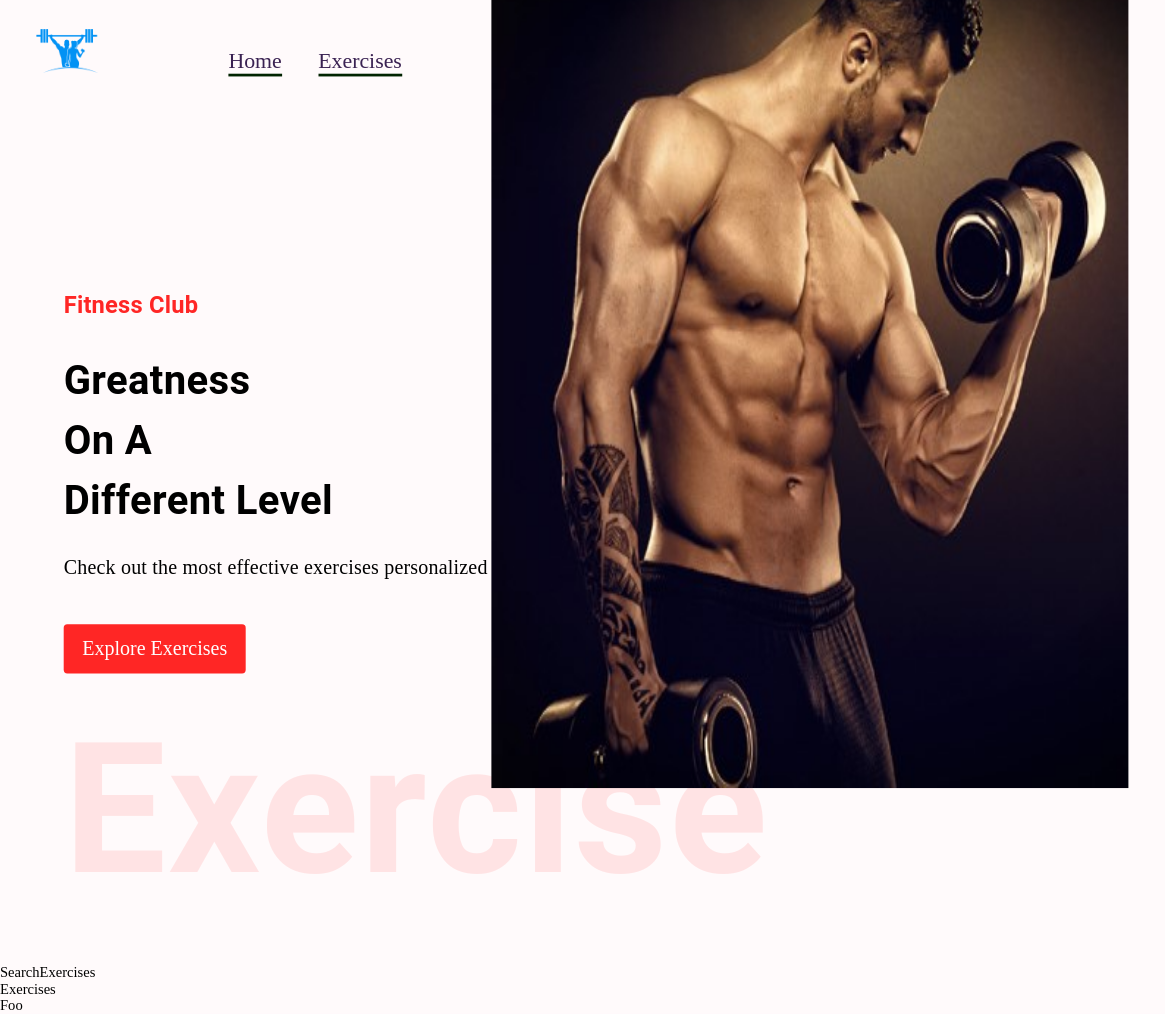
Repository: MhlengiNgubane/Workout-App
Page: /
These files come from the project's save history. The page is drawn as it stood at one moment and after a run of saves; the edit follows.
The browser window is 1280 px wide. The pictures show the whole page, at 91% of full size.
The project was rebuilt for these pictures with package versions that can differ from the ones it lists, and the page was loaded fresh each time. Also part of the build but not shown: src/pages/ExerciseDetail.js.

Above is the page before, as saved 2022-07-31 20:02:43.

### public/index.html
<!DOCTYPE html>
<html lang="en">
  <head>
    <meta charset="utf-8" />
    <link rel="icon" href="%PUBLIC_URL%/favicon.ico" />
    <meta name="viewport" content="width=device-width, initial-scale=1" />
    <meta name="theme-color" content="#000000" />
    <meta
      name="description"
      content="Web site created using create-react-app"
    />
    <link rel="apple-touch-icon" href="%PUBLIC_URL%/logo192.png" />
    <!--
      manifest.json provides metadata used when your web app is installed on a
      user's mobile device or desktop. See https://developers.google.com/web/fundamentals/web-app-manifest/
    -->
    <link rel="manifest" href="%PUBLIC_URL%/manifest.json" />
    <!--
      Notice the use of %PUBLIC_URL% in the tags above.
      It will be replaced with the URL of the `public` folder during the build.
      Only files inside the `public` folder can be referenced from the HTML.

      Unlike "/favicon.ico" or "favicon.ico", "%PUBLIC_URL%/favicon.ico" will
      work correctly both with client-side routing and a non-root public URL.
      Learn how to configure a non-root public URL by running `npm run build`.
    -->
    <title>MSN GYM</title>
  </head>
  <body>
    <noscript>You need to enable JavaScript to run this app.</noscript>
    <div id="root"></div>
    <!--
      This HTML file is a template.
      If you open it directly in the browser, you will see an empty page.

      You can add webfonts, meta tags, or analytics to this file.
      The build step will place the bundled scripts into the <body> tag.

      To begin the development, run `npm start` or `yarn start`.
      To create a production bundle, use `npm run build` or `yarn build`.
    -->
  </body>
</html>

### src/index.js
import React from 'react';
import ReactDOM from 'react-dom';
import App from './App';
import { BrowserRouter } from 'react-router-dom';

const root = ReactDOM.createRoot(document.getElementById('root'));

root.render(
    <React.StrictMode>
      <BrowserRouter>
        <App />
      </BrowserRouter>
    </React.StrictMode>,
  );

### src/components/Navbar.js
import React from 'react';
import { Link } from 'react-router-dom';
import { Stack } from '@mui/material';
import Logo from '../assets/images/Logo.png';

const Navbar = () => (
    <Stack direction="row" justifyContent="space-around" sx={{ gap: { sm: '123px', xs: '40px' }, mt: { sm: '32px', xs: '20px' }, justifyContent: 'none' }} px="20px">
        <Link to="/">
            <img src={Logo} alt="logo" style={{ width: '68px', height: '48px', margin: '0px 20px' }} />
        </Link>
        <Stack
            direction="row"
            gap="40px"
            fontFamily="Alegreya"
            fontSize="24px"
            alignItems="flex-end"
        >
            <Link to="/" style={{ textDecoration: 'none', color: '#3A2252', borderBottom: '3px solid #002300' }}>Home</Link>
            <a href="exercises" style={{ textDecoration: 'none', color: '#3A2252', borderBottom: '3px solid #002300' }}>Exercises</a>
        </Stack>
  </Stack>
);

export default Navbar;

### src/components/Footer.js
import React from 'react';

const Footer = () => {
    return (
        <div>Foo</div>
    )
};

export default Footer;

### src/components/Exercises.js
import React from 'react';

const Exercises = () => {
    return (
        <div>Exercises</div>
    )
};

export default Exercises;

### src/components/SearchExercises.js
import React from 'react';

const SearchExercises = () => {
    return (
        <div>SearchExercises</div>
    )
};

export default SearchExercises;

### src/components/HeroBanner.js
import React from 'react';
import { Box, Stack, Typography } from '@mui/material';

import HeroBannerImage from '../assets/images/banner.png';

const HeroBanner = () => (
  <Box sx={{ mt: { lg: '212px', xs: '70px' }, ml: { sm: '50px' } }} position="relative" p="20px">
    <Typography color="#FF2625" fontWeight="600" fontSize="26px">Fitness Club</Typography>
    <Typography fontWeight={700} sx={{ fontSize: { lg: '44px', xs: '40px' } }} mb="23px" mt="30px">
      Greatness <br /> On A <br />
      Different Level
    </Typography>
    <Typography fontSize="22px" fontFamily="Alegreya" lineHeight="35px">
      Check out the most effective exercises personalized to you
    </Typography>
    <Stack>
      <a href="#exercises" style={{ marginTop: '45px', textDecoration: 'none', width: '200px', textAlign: 'center', background: '#FF2625', padding: '14px', fontSize: '22px', textTransform: 'none', color: 'white', borderRadius: '4px' }}>Explore Exercises</a>
    </Stack>
    <Typography fontWeight={600} color="#FF2625" sx={{ opacity: '0.1', display: { lg: 'block', xs: 'none' }, fontSize: '200px' }}>
      Exercise
    </Typography>
    <img src={HeroBannerImage} alt="hero-banner" className="hero-banner-img" />
  </Box>
);

export default HeroBanner;

Loaded but not shown: src/App.js (common file); src/App.css (common file); src/pages/Home.js (common file)

After the next 2 saves:
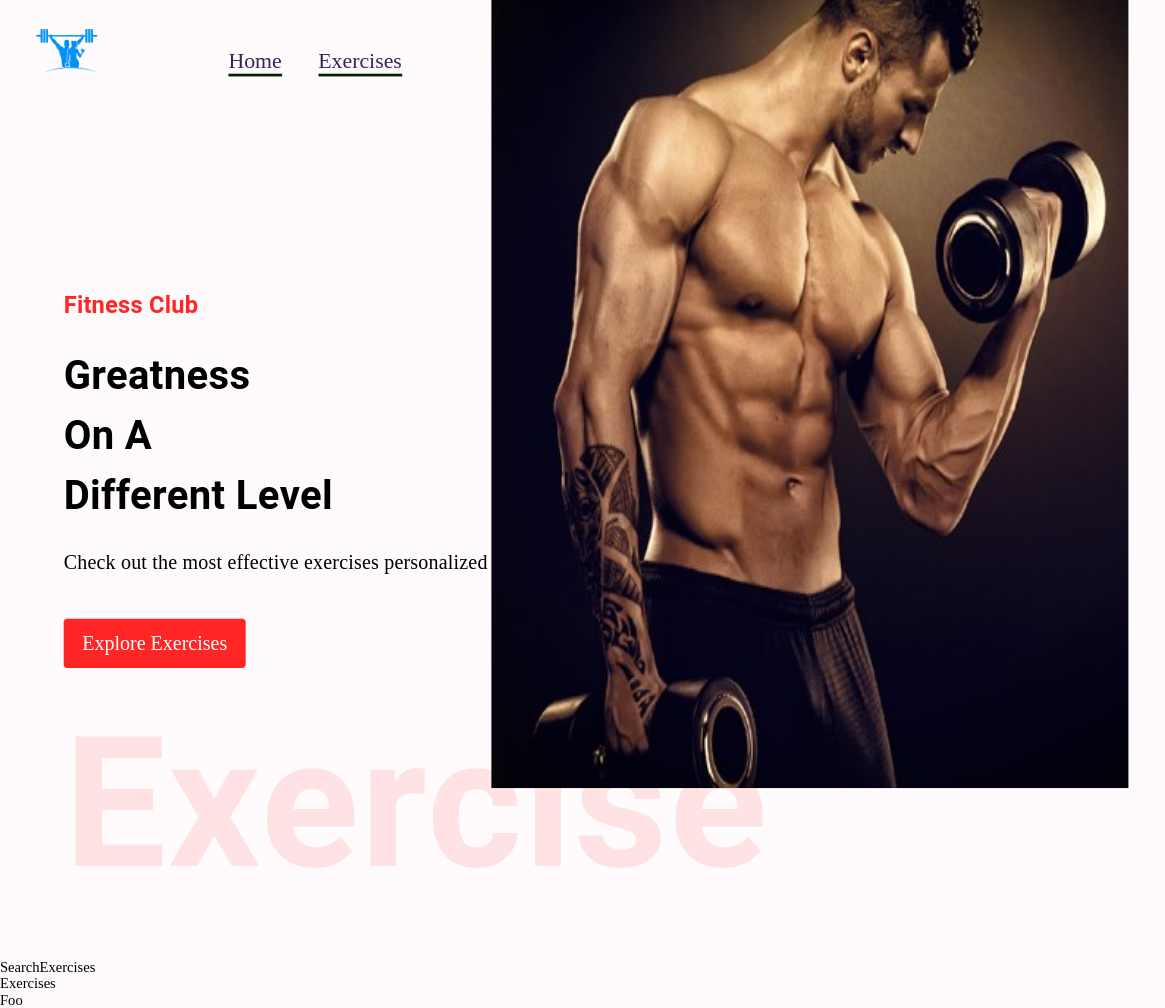
The 2 saves are shown as one change because they came seconds apart.
The last was saved 31 s later.
--- a/src/components/HeroBanner.js
+++ b/src/components/HeroBanner.js
@@ -6,7 +6,7 @@ import HeroBannerImage from '../assets/images/banner.png';
 const HeroBanner = () => (
   <Box sx={{ mt: { lg: '212px', xs: '70px' }, ml: { sm: '50px' } }} position="relative" p="20px">
     <Typography color="#FF2625" fontWeight="600" fontSize="26px">Fitness Club</Typography>
-    <Typography fontWeight={700} sx={{ fontSize: { lg: '44px', xs: '40px' } }} mb="23px" mt="30px">
+    <Typography fontWeight={700} sx={{ fontSize: { lg: '44px', xs: '40px' } }} mb="23px" mt="24px">
       Greatness <br /> On A <br />
       Different Level
     </Typography>
